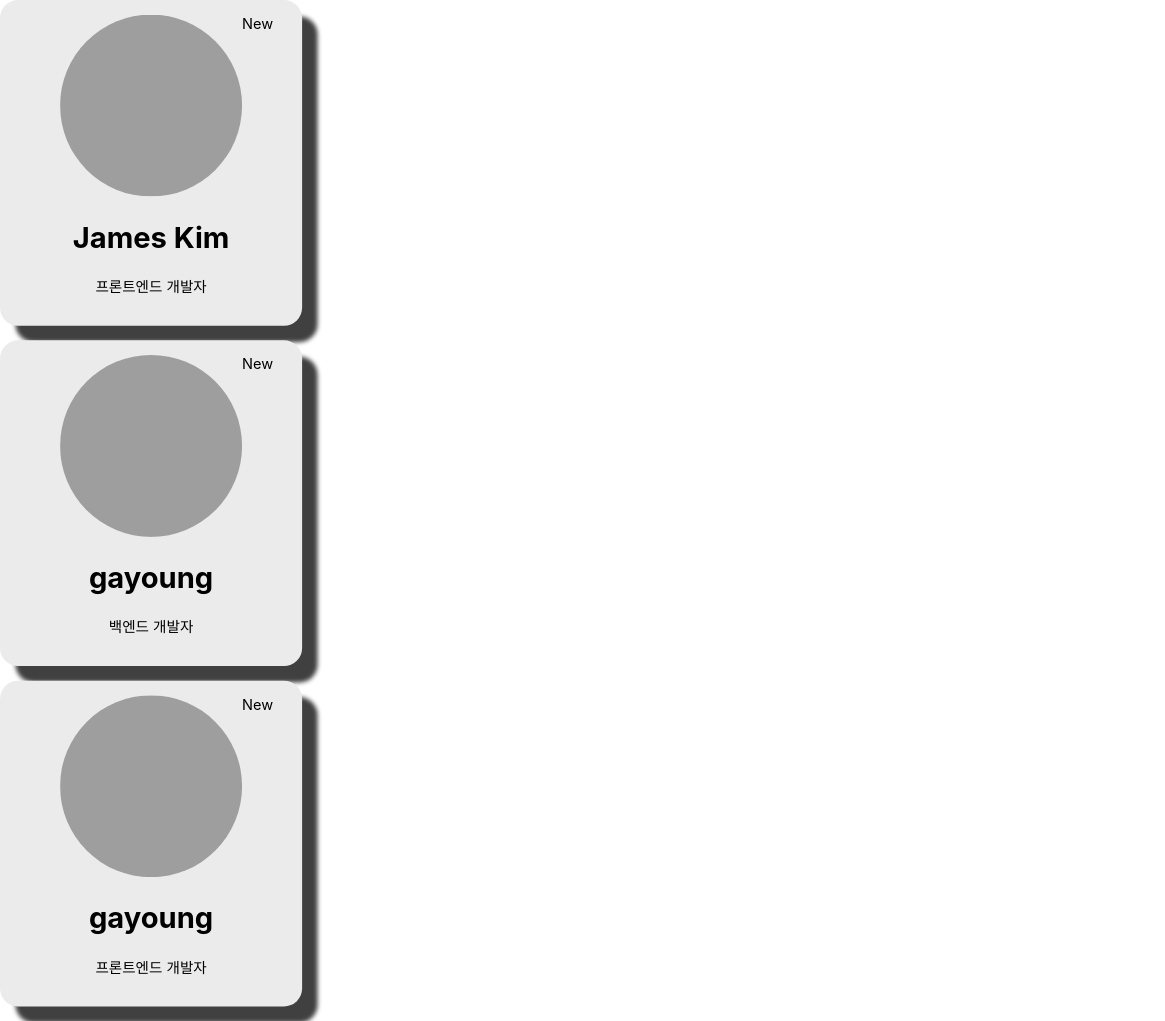
Repository: Yugayoung/css-example
Page: / (app in react/basic/)
These files come from the project's save history. The page is drawn as it stood at one moment and after the next save; the edit follows.
The browser window is 1280 px wide. The pictures show the whole page, at 91% of full size.
Pictures or frames that could not be fetched are drawn as grey boxes. The project was rebuilt for these pictures with package versions that can differ from the ones it lists, and the page was loaded fresh each time.

Above is the page before, as saved 2023-12-19 11:48:52.

After the next save:
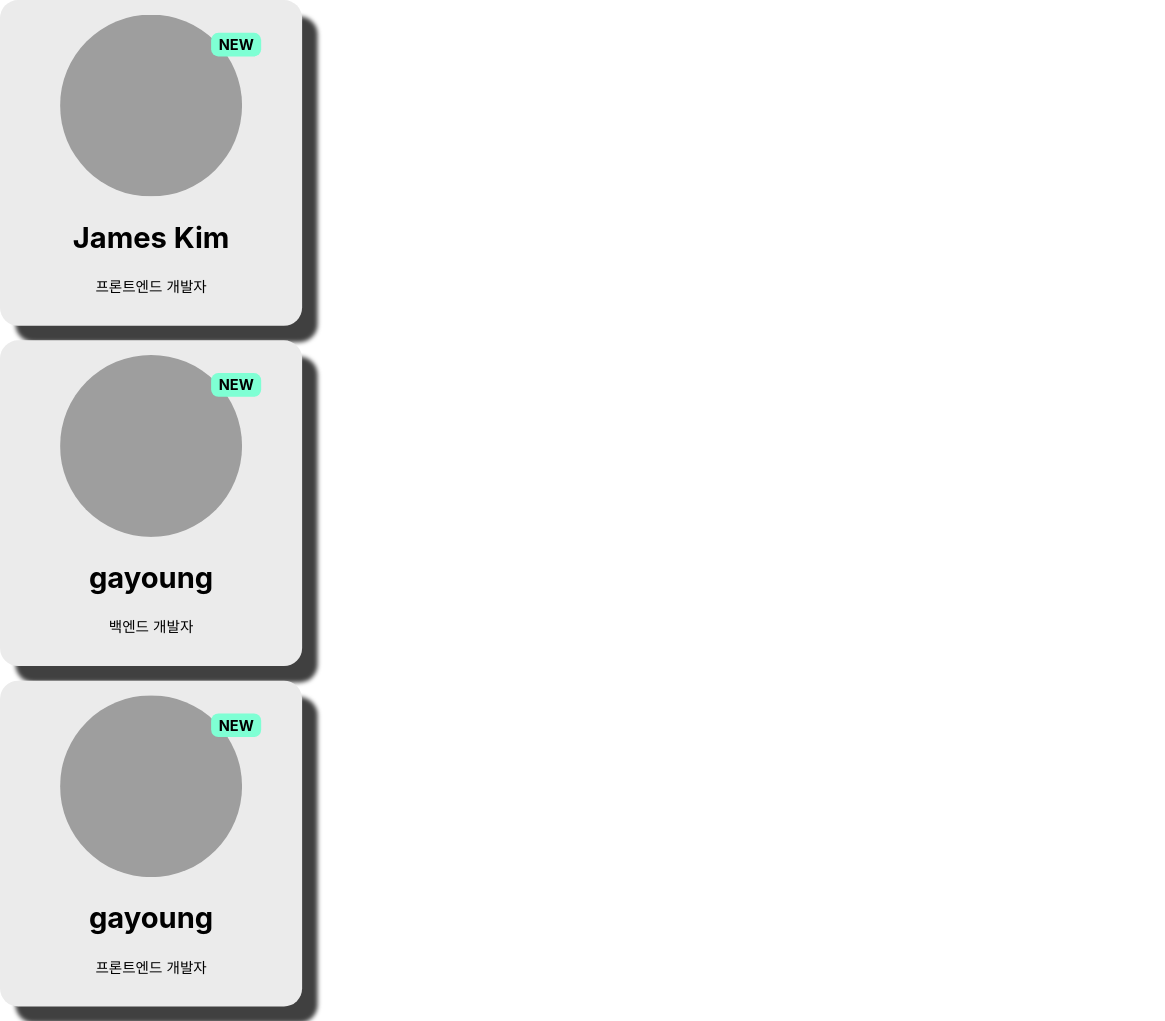
Saved 2 min 13 s later.
--- a/react/basic/src/App.css
+++ b/react/basic/src/App.css
@@ -23,4 +23,11 @@
 
 .new {
   position: absolute;
+  left: 70%;
+  top: 10%;
+  background-color: aquamarine;
+  padding: 0.2rem 0.5rem;
+  border-radius: 0.5rem;
+  text-transform: uppercase;
+  font-weight: bold;
 }
